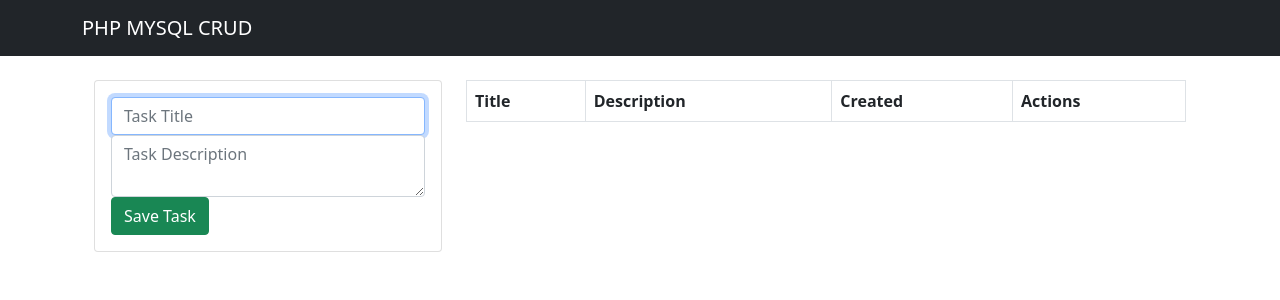
Repository: NickArregoces/Task_Crud
Page: http://localhost/
An editor plug-in stored every save of this project. The page is shown before and after the next save, followed by the edit.
The browser window is 1280 px wide. The pictures show the whole page.
Some web libraries are served in a nearby version. The page is run by PHP 8.4 with error messages shown; the project is at /var/www/html/. Queries for data that is not in the repository find no rows.

Above is the page before, as saved 2022-03-19 07:36:41.

### index.php
<?php include("db.php") ?>

<?php include("includes/header.php") ?>

<div class="container p-4">
    <div class="row">
        <div class="col-md-4">

            <?php if (isset($_SESSION ['message'])) { ?>
                <div class="alert alert-<?=$_SESSION['message_type'];?> alert-dismissible fade show" role="alert">
                <?= $_SESSION ['message'] ?>
                <button type="button" class="close" data-bs-dismiss="alert" aria-label="Close"> <span aria-hidden="true">&times;</span>
                </button>
                </div>
            <?php session_unset(); }  ?>

            <div class="card card-body"><!--tarjeta-->
                <form action="save_task.php" method="POST">
                    <div class="form-group">
                        <input type="text" name="title" class ="form-control" placeholder ="Task Title" autofocus>
                    </div>
                    <div class="form-group">
                        <textarea name="description"  rows="2" class ="form-control" placeholder="Task Description"></textarea>
                    </div>
                    <input type="submit" class="btn btn-success btn-block" name ="save_task" value="Save Task">
                </form>
            </div>
        </div>

        <div class="col-md-8">
                <table class = "table table-bordered">
                    <thead>
                        <tr>
                            <th>Title</th>
                            <th>Description</th>
                            <th>Created</th>
                            <th>Actions</th>
                        </tr>
                    </thead>
                    <tbody>
                        <?php
                            $query = "SELECT * FROM task";
                            $result_tasks= mysqli_query($conn, $query);

                            while ($row = mysqli_fetch_array($result_tasks)) { ?>
                                <tr>
                                    <td><?php echo $row['title'] ?></td>
                                </tr>
                            <?php } ?>
                    </tbody>
                </table>
        </div>
    </div>
</div>

<?php include("includes/footer.php") ?>

### db.php
<?php

session_start();

$conn = mysqli_connect( //var
    'localhost',//dominio
    'root',//usuario
    '',//constraseña
    'Php_mysql_CRUD'//database
);

?>

### includes/header.php
<!DOCTYPE html>
<html lang="en">
<head>
    <meta charset="UTF-8">
    <meta http-equiv="X-UA-Compatible" content="IE=edge">
    <meta name="viewport" content="width=device-width, initial-scale=1.0">
    <title>Task</title>
    <!--Bootstrap-->
    <link href="https://cdn.jsdelivr.net/npm/bootstrap@5.1.3/dist/css/bootstrap.min.css" rel="stylesheet" integrity="sha384-1BmE4kWBq78iYhFldvKuhfTAU6auU8tT94WrHftjDbrCEXSU1oBoqyl2QvZ6jIW3" crossorigin="anonymous">

</head>
<body>

<nav class="navbar navbar-dark bg-dark">
    <div class="container"> <!--centrar div-->
        <a href="index.php" class="navbar-brand">PHP MYSQL CRUD</a>
    </div>

</nav>

### includes/footer.php
    <!--Scripts-->
    <script src="https://cdn.jsdelivr.net/npm/bootstrap@5.1.3/dist/js/bootstrap.min.js" integrity="sha384-QJHtvGhmr9XOIpI6YVutG+2QOK9T+ZnN4kzFN1RtK3zEFEIsxhlmWl5/YESvpZ13" crossorigin="anonymous"></script>
    <script src="https://cdn.jsdelivr.net/npm/bootstrap@5.1.3/dist/js/bootstrap.bundle.min.js" integrity="sha384-ka7Sk0Gln4gmtz2MlQnikT1wXgYsOg+OMhuP+IlRH9sENBO0LRn5q+8nbTov4+1p" crossorigin="anonymous"></script>

    <script src="https://cdn.jsdelivr.net/npm/@popperjs/core@2.10.2/dist/umd/popper.min.js" integrity="sha384-7+zCNj/IqJ95wo16oMtfsKbZ9ccEh31eOz1HGyDuCQ6wgnyJNSYdrPa03rtR1zdB" crossorigin="anonymous"></script>

    </body>
</html>

After the next save:
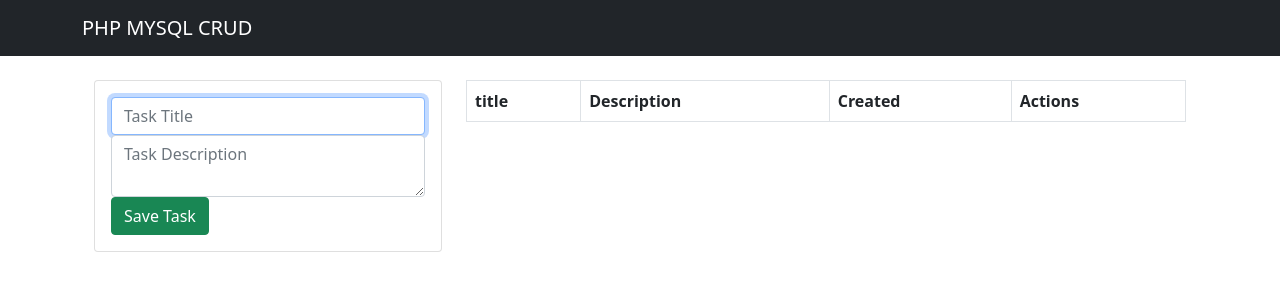
Saved 58 s later.
--- a/index.php
+++ b/index.php
@@ -31,7 +31,7 @@
                 <table class = "table table-bordered">
                     <thead>
                         <tr>
-                            <th>Title</th>
+                            <th>title</th>
                             <th>Description</th>
                             <th>Created</th>
                             <th>Actions</th>
@@ -45,6 +45,9 @@
                             while ($row = mysqli_fetch_array($result_tasks)) { ?>
                                 <tr>
                                     <td><?php echo $row['title'] ?></td>
+                                    <td><?php echo $row['description'] ?></td>
+                                    <td><?php echo $row['title'] ?></td>
+                                    <td><?php echo $row['title'] ?></td>
                                 </tr>
                             <?php } ?>
                     </tbody>

After the save that followed:
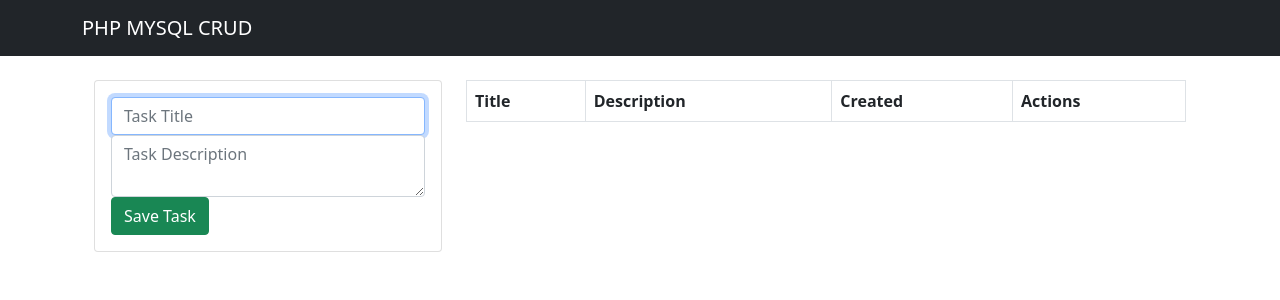
Saved 9 s later.
--- a/index.php
+++ b/index.php
@@ -31,7 +31,7 @@
                 <table class = "table table-bordered">
                     <thead>
                         <tr>
-                            <th>title</th>
+                            <th>Title</th>
                             <th>Description</th>
                             <th>Created</th>
                             <th>Actions</th>
